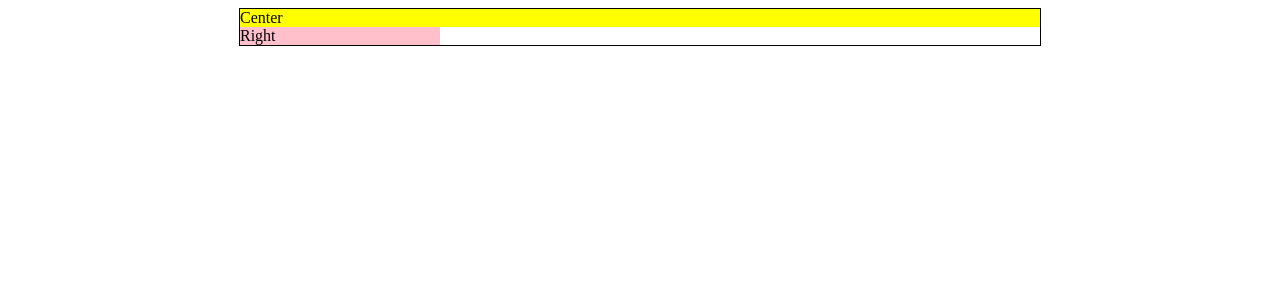
Repository: nanvon/front-end_byhuawei
Page: CSS_example.html
These files come from the project's save history. The page is drawn as it stood at one moment and after the next save; the edit follows.
The browser window is 1280 px wide. The pictures show the whole page.

Above is the page before, as saved 2020-12-10 19:50:52.

### CSS_example.html
<!DOCTYPE html>
<html lang="en">

<head>
    <meta charset="UTF-8">
    <meta name="viewport" content="width=device-width, initial-scale=1.0">
    <title>双飞翼布局</title>
    <style>
        .container {
            border: 1px solid #000;
            width: 800px;
            margin: auto;
            overflow: hidden;
        }

        .center {
            float: left;
            background: yellow;
            width: 100%;
        }

        .left {
            float: left;
            background: green;
            width: 200px;
            margin: -100%;
        }

        .right {
            float: left;
            background: pink;
            width: 200px;;
        }
    </style>
</head>

<body>
    <div class="container">
        <div class="center">Center</div>
        <div class="left">Left</div>
        <div class="right">Right</div>
    </div>
</body>

</html>

After the next save:
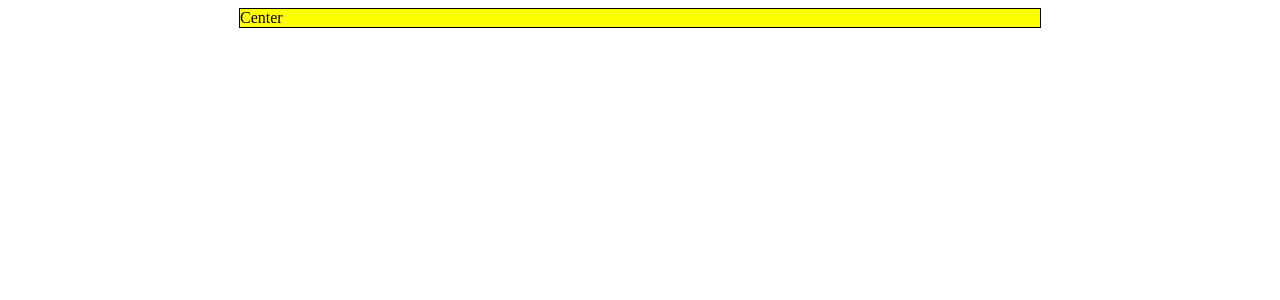
Saved 5 s later.
--- a/CSS_example.html
+++ b/CSS_example.html
@@ -29,7 +29,8 @@
         .right {
             float: left;
             background: pink;
-            width: 200px;;
+            width: 200px;
+            margin: -100%;
         }
     </style>
 </head>
